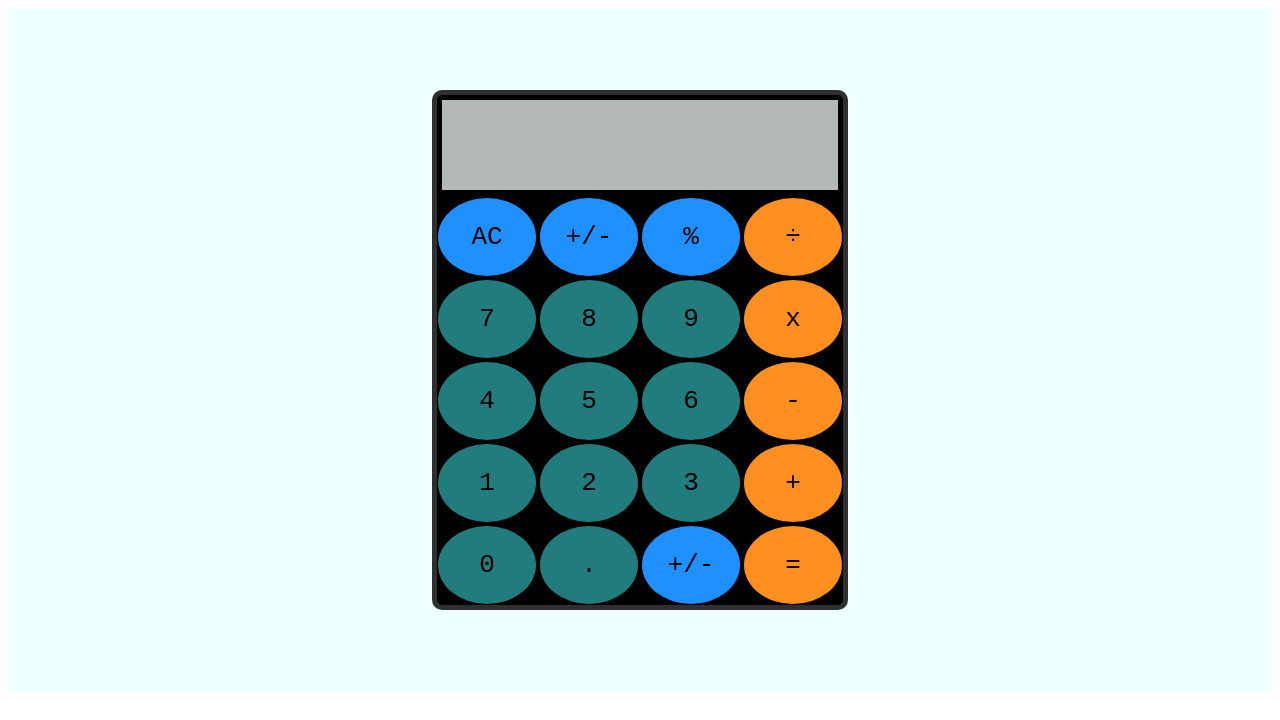
Repository: MhlengiNgubane/BrainnestJsTwo
Page: index.html
The author's editor kept a copy of each file at every save. The page is drawn from the files as they stood at one save, then again after the next save.
The browser window is 1280 px wide. The pictures show the whole page.

Above is the page before, as saved 2022-09-08 08:29:27.

### index.html
<!DOCTYPE html>
<html lang="en">
<head>
    <meta charset="UTF-8">
    <meta http-equiv="X-UA-Compatible" content="IE=edge">
    <meta name="viewport" content="width=device-width, initial-scale=1.0">
    <title>CALCULATOR</title>

    <link rel="stylesheet" href="style.css">
</head>
    <body>
        <main id="calculator">
            <div id="container">
                <div id="display"></div>
                <button type="button" class="clear"  data-action="8">AC</button>
                <button type="button" class="sign"  data-action="192">+/-</button>
                <button type="button" class="percent"  data-action="80">%</button>
                <button type="button" class="operator"  data-action="68">÷</button>
                <button type="button" class="operand"  data-action="55">7</button>
                <button type="button" class="operand"  data-action="56">8</button>
                <button type="button" class="operand"  data-action="57">9</button>
                <button type="button" class="operator"  data-action="88">x</button>
                <button type="button" class="operand"  data-action="52">4</button>
                <button type="button" class="operand"  data-action="53">5</button>
                <button type="button" class="operand"  data-action="54">6</button>
                <button type="button" class="operator"  data-action="173">-</button>
                <button type="button" class="operand"  data-action="49">1</button>
                <button type="button" class="operand"  data-action="50">2</button>
                <button type="button" class="operand"  data-action="51">3</button>
                <button type="button" class="operator"  data-action="61">+</button>
                <button type="button" id ="zero" class="operand"  data-action="48">0</button>
                <button type="button" class="decimal"  data-action="190">.</button>
                <button type="button" class="sign"  data-action="192">+/-</button>
                <button type="button" class="equals"  data-action="69">=</button>
            </div>
        </main>
    <script src="App.js"></script>
    </body>
</html>

### style.css
body {
    text-align: center;
    font-family: monospace;
}

#calculator {
    display: flex;
    min-height: 95vh;
    justify-content: center;
    align-content: center;
    align-items: center;
    height: 100%;
    overflow: hidden;
    background-color: azure;
}

#container {
    background-color: black;
    border: 5px solid rgba(47,47,47,1);
    border-radius: 10px;
    display: grid;
    grid-template-columns: repeat(4, 100px);
    grid-template-rows: minmax(100px, auto) repeat(5, 80px);
    gap: 2px;
}

#display {
    grid-column: 1 / -1;
    background-color: #b2b9b7;
    display: flex;
    flex-direction: column;
    justify-content: space-around;
    align-items: flex-end;
    padding: 20px;
    font-size: 5.5em;
    font-weight: initial;
    text-shadow: 1.3px 1.3px #383838;
    margin: 5px;
}

button {
    margin: 1px;
    border-radius: 50%;
    border: none;
    font-weight: initial;
    font-size: 2em;
    font-family: monospace;
    color: black;
}

.operator {
    background-color: #FF8F1F;
}

.operator:focus {
    background-color: #ffc183;
}

.equals {
    background-color: #FF8F1F;
}

.equals:active {
    background-color: #ffc183;
}

.operand {
    background-color: #217C7E;
}

.operand:active {
    background-color: #33b9bb;
}

.decimal {
    background-color: #217C7E;
}

.decimal:active {
    background-color: #33b9bb;
}

.clear {
    background-color: dodgerblue;
}

.clear:active {
    background-color: rgb(123, 189, 255);
}

.sign {
    background-color: dodgerblue;
}

.sign:active {
    background-color: rgb(123, 189, 255);
}

.percent {
    background-color: dodgerblue;
}

.percent:active {
    background-color: rgb(123, 189, 255);
}

### App.js
let displayValue = '0';
let firstOperand = null;
let secondOperand = null;
let firstOperator = null;
let secondOperator = null;
let result = null;
const buttons = document.querySelectorAll('button');

function operate(y, z, op) {
    if(op === '+') {
        return y + z;
    } else if(op === '-') {
        return y - z;
    } else if(op === 'x') {
        return y * z;
    } else if(op === '÷') {
        if(y === 0) {
            return 'undefined';
        } else {
        return x / y;
        }
    }
}

After the next save:
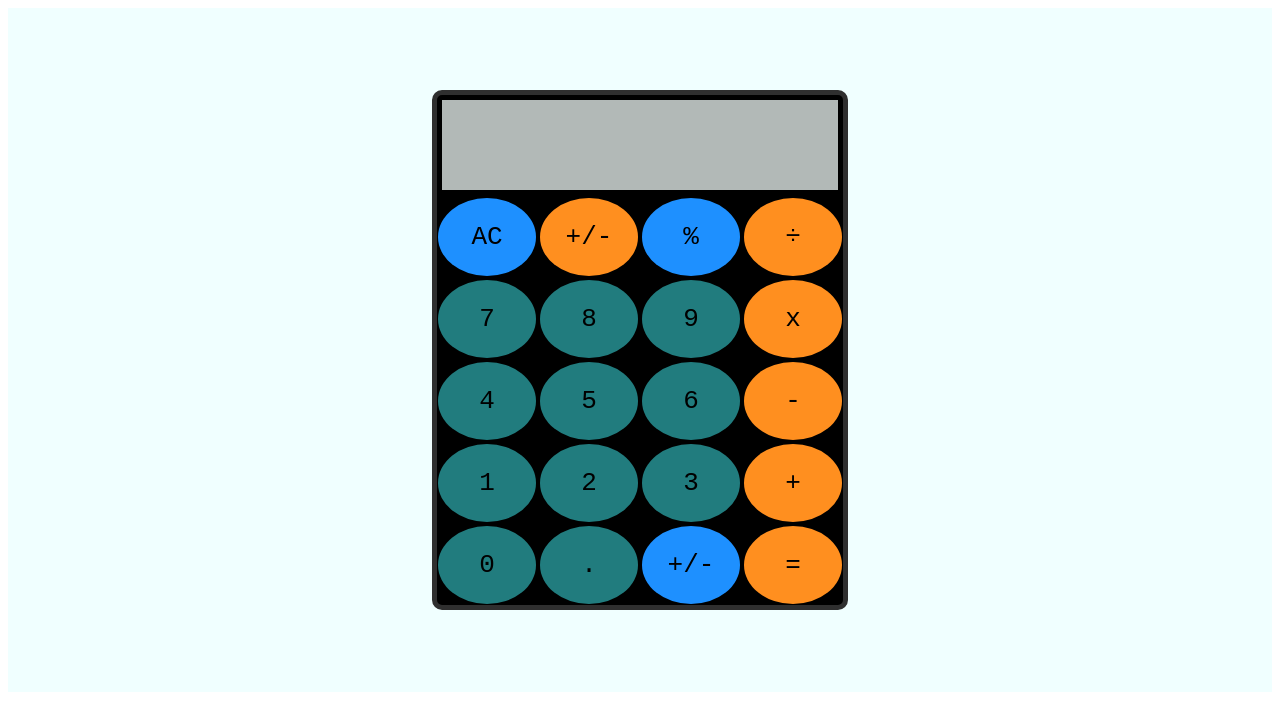
Saved 53 s later.
--- a/index.html
+++ b/index.html
@@ -13,7 +13,7 @@
             <div id="container">
                 <div id="display"></div>
                 <button type="button" class="clear"  data-action="8">AC</button>
-                <button type="button" class="sign"  data-action="192">+/-</button>
+                <button type="button" class="operator"  data-action="192">+/-</button>
                 <button type="button" class="percent"  data-action="80">%</button>
                 <button type="button" class="operator"  data-action="68">÷</button>
                 <button type="button" class="operand"  data-action="55">7</button>
